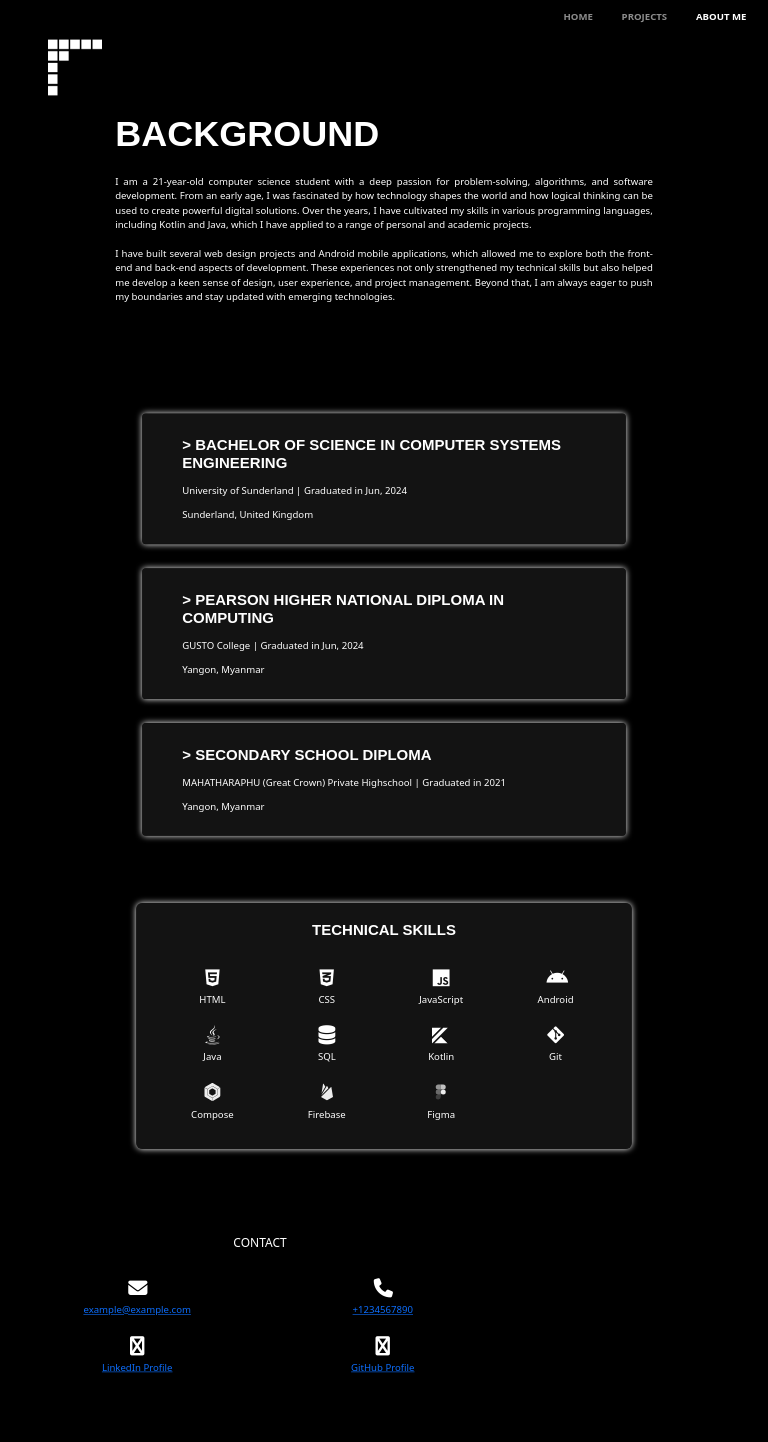
Repository: pyaestk/Portfolio-template
Page: aboutme.html
The author's editor kept a copy of each file at every save. The page is drawn from the files as they stood at one save, then again after the next save.
The browser window is 1280 px wide. The pictures show the whole page, at 60% of full size.
Some web fonts or font styles are not loaded; a fallback is used. Some web libraries are served in a nearby version.

Above is the page before, as saved 2025-05-24 12:19:26.
Console error: TypeError: Cannot read properties of null (reading 'addEventListener')

### aboutme.html
<!DOCTYPE html>

<html lang="en">

<head>
  <link href="https://cdn.jsdelivr.net/npm/bootstrap@5.3.5/dist/css/bootstrap.min.css" rel="stylesheet"
    integrity="sha384-SgOJa3DmI69IUzQ2PVdRZhwQ+dy64/BUtbMJw1MZ8t5HZApcHrRKUc4W0kG879m7" crossorigin="anonymous">
  <script src="https://cdn.jsdelivr.net/npm/bootstrap@5.3.5/dist/js/bootstrap.bundle.min.js"
    integrity="sha384-k6d4wzSIapyDyv1kpU366/PK5hCdSbCRGRCMv+eplOQJWyd1fbcAu9OCUj5zNLiq"
    crossorigin="anonymous"></script>
  <link rel="stylesheet" href="https://cdnjs.cloudflare.com/ajax/libs/font-awesome/6.1.2/css/all.min.css">
  <link href="styles.css" rel="stylesheet">

  <!-- google fonts -->
  <link rel="preconnect" href="https://fonts.googleapis.com">
  <link rel="preconnect" href="https://fonts.gstatic.com" crossorigin>
  <link href="https://fonts.googleapis.com/css2?family=Doto:wght@100..900&display=swap" rel="stylesheet">
  <link href="https://fonts.googleapis.com/css2?family=Roboto:ital,wght@0,100..900;1,100..900&display=swap"
    rel="stylesheet">

  <meta charset="utf-8">
  <meta name="viewport" content="width=device-width, initial-scale=1, minimum-scale=1, maximum-scale=1 ">

  <title>My Webpage</title>
</head>

<body class="bg-black">


  <nav class="navbar navbar-expand-lg bg-black navbar-dark sticky-top">
    <div class="container-fluid">
      <a class="navbar-brand" href="#"></a>
      <button class="navbar-toggler" type="button" data-bs-toggle="collapse" data-bs-target="#navbarNav"
        aria-controls="navbarNav" aria-expanded="false" aria-label="Toggle navigation">
        <span class="navbar-toggler-icon"></span>
      </button>
      <div class="collapse navbar-collapse justify-content-end" id="navbarNav">
        <ul class="navbar-nav text-center">
          <li class="nav-item px-3">
            <a class="nav-link" aria-current="page" href="index.html">HOME</a>
          </li>
          <li class="nav-item px-3">
            <a class="nav-link" href="projects.html">PROJECTS</a>
          </li>
          <li class="nav-item px-3">
            <a class="nav-link active" href="aboutme.html">ABOUT ME</a>
          </li>
        </ul>
      </div>
    </div>
  </nav>

  <div class="background-container text-white">
    <img src="img/decoration-block2.png" class="decoration-image-1" style="--delay: .2s;">

    <h4 class="title" style="--delay: .3s;">BACKGROUND</h4>
    <p style="--delay: .4s;">I am a 21-year-old computer science student with a deep passion for problem-solving,
      algorithms, and software development. From an early age, I was fascinated by how technology shapes the world and
      how logical thinking can be used to create powerful digital solutions. Over the years, I have cultivated my skills
      in various programming languages, including Kotlin and Java, which I have applied to a range of personal and
      academic projects.
      <br><br>
      I have built several web design projects and Android mobile applications, which allowed me to explore both the
      front-end and back-end aspects of development. These experiences not only strengthened my technical skills but
      also helped me develop a keen sense of design, user experience, and project management. Beyond that, I am always
      eager to push my boundaries and stay updated with emerging technologies.
      <!-- <br><br>
      Currently, I am particularly interested in deepening my knowledge in fields such as artificial intelligence,
      software engineering, and cybersecurity. I am constantly exploring new concepts through online courses, tutorials,
      and technical communities. My goal is to continue developing solutions that are not only technically sound but
      also meaningful and impactful.
      <br><br>
      Driven by curiosity and a desire to innovate, I see computer science as more than just a career path—it is a
      lifelong journey of learning, building, and contributing to technological advancement. -->
    </p>
  </div>


  <div class="education-container">
    <div class="card reveal3">
      <div class="card-body">
        <h4>> BACHELOR OF SCIENCE IN COMPUTER SYSTEMS ENGINEERING</h4>
        <p>University of Sunderland | Graduated in Jun, 2024</p>
        <span>Sunderland, United Kingdom</span>
      </div>
    </div>
    <div class="card reveal3">
      <div class="card-body">
        <h4>> PEARSON HIGHER NATIONAL DIPLOMA IN COMPUTING</h4>
        <p>GUSTO College | Graduated in Jun, 2024</p>
        <span>Yangon, Myanmar</span>
      </div>
    </div>
    <div class="card reveal3">
      <div class="card-body ">
        <h4>> SECONDARY SCHOOL DIPLOMA</h4>
        <p>MAHATHARAPHU (Great Crown) Private Highschool | Graduated in 2021</p>
        <span>Yangon, Myanmar</span>
      </div>
    </div>
  </div>

    <div class="container-fluid text-white my-5">
    <div class="row skills-container mx-2">
      <div class="col-12 col-md-8 mb-5 technical-skills reveal3">
        <h5 class="mb-5 text-center">TECHNICAL SKILLS</h5>

        <div class="row g-3">
          <div class="col-4 col-md-3 text-center">
            <i class="fa-brands fa-html5 fa-2x tech-icon"></i>
            <p>HTML</p>
          </div>
          <div class="col-4 col-md-3 text-center">
            <i class="fa-brands fa-css3-alt fa-2x tech-icon"></i>
            <p>CSS</p>
          </div>
          <div class="col-4 col-md-3 text-center">
            <i class="fa-brands fa-js fa-2x tech-icon"></i>
            <p>JavaScript</p>
          </div>
          <div class="col-4 col-md-3 text-center">
            <i class="fa-brands fa-android fa-2x tech-icon"></i>
            <p>Android</p>
          </div>
          <div class="col-4 col-md-3 text-center">
            <i class="fa-brands fa-java fa-2x tech-icon"></i>
            <p>Java</p>
          </div>
          <div class="col-4 col-md-3 text-center">
            <i class="fa-solid fa-database fa-2x tech-icon"></i>
            <p>SQL</p>
          </div>
          <div class="col-4 col-md-3 text-center">
            <svg xmlns="http://www.w3.org/2000/svg" viewBox="0 0 8 8" class="tech-icon">
              <path fill="currentColor" d="m1 8l3-3l3 3M0 5V1h4M0 8V6l5-5h2" />
            </svg>
            <p>Kotlin</p>
          </div>
          <div class="col-4 col-md-3 text-center">
            <i class="fa-brands fa-git-alt fa-2x tech-icon"></i>
            <p>Git</p>
          </div>
          <div class="col-4 col-md-3 text-center">
            <svg xmlns="http://www.w3.org/2000/svg" viewBox="0 0 128 128" class="tech-icon">
              <path fill="#ededed"
                d="M63.353.759c-2.022-.048-3.83.515-5.604 1.486L14.737 27.521l-1.716 1.01l-.808.555c-1.067.628-2.21 2.15-2.97 3.175l4.168 2.324l2.82 1.55l9.592 5.4l2.454 1.36c1.237-1.491 1.306-1.596 2.472-2.566l26.833-15.884c1.554-.85 3.964-1.976 5.736-1.936c1.769.041 4.04.556 5.552 1.476l23.485 13.342l2.944 1.637a26.5 26.5 0 0 1 3.825 3.052l18.723-11.19l-1.666-1.624c-1.893-1.528-2.544-1.815-3.864-2.497L69.664 2.637C67.932 1.582 65.38.807 63.353.759m.276 23.845c-.95 0-3.036.411-3.86.884l-27.905 16.57c-.823.472-1.655 1.983-2.13 2.801s-.837 2.452-.839 3.303l-.055 33.254c-.002.946.421 2.006.896 2.824s1.268 1.581 2.091 2.054l28.68 16.194c1.07.493 2.69.787 3.64.787s2.174-.147 3.709-.777l27.42-16.173c.824-.474 2.1-1.772 2.575-2.59c.475-.819 1.498-2.895 1.493-3.841l-.146-32.52c-.001-.945-.832-2.85-1.307-3.667c-.475-.82-2.284-2.36-3.108-2.833L67.623 25.58c-.824-.473-3.043-.977-3.994-.977Zm55.2 7.65l-1.163.725l-17.474 10.441c.42 1 .891 3.278.946 4.363l.002.01l.008.312v31.3a10.09 10.09 0 0 1-4.963 8.786l-25.434 15.315c-.922.545-3.108 1.394-5.452 1.841l.002 1.516l-.037 7.825l-.006 3.775l.043 8.781c1.255-.01 3.339-.766 4.423-1.36l.317-.182l.009-.004l44.498-26.253a11.54 11.54 0 0 0 5.666-10.048V37.734c-.014-1.458-.72-4.093-1.385-5.48M8.47 33.817l-.415 1.949c-.352 2.928-.29 3.223-.202 4.705l-.012 49.185c-.02 2.027-.099 4.84.899 6.606c.993 1.762 2.916 2.799 4.657 3.827l45.2 25.602l.008.004l.318.179c1.399.644 2.986 1.145 4.592 1.241l.012-4.872l.004-3.748l-.006-11.404l-.006-1.81c-1.809-.118-3.218-.654-4.14-1.199l-27.041-15.14c-1.527-.9-3.437-1.913-4.308-3.455c-.87-1.543-1.252-3.886-1.235-5.658l.017-29.064l.008-2.096c.061-1.414.277-2.403.687-4.15zm55.323 4.77c.612 0 2.044.327 2.575.632l17.503 9.854c.531.304 1.698 1.3 2.004 1.826c.306.528.84 1.754.84 2.363l.096 20.959c.002.609-.655 1.948-.963 2.476c-.306.528-1.127 1.363-1.657 1.668L66.52 88.79c-.99.406-1.78.505-2.394.505c-.612 0-1.653-.192-2.342-.51L43.297 78.349a3.8 3.8 0 0 1-1.348-1.324c-.306-.528-.579-1.212-.578-1.82l.035-21.431c0-.548.235-1.602.54-2.13c.307-.528.844-1.5 1.374-1.804l17.985-10.68c.531-.305 1.877-.57 2.489-.57z" />
            </svg>
            <p>Compose</p>
          </div>
          <div class="col-4 col-md-3 text-center">
            <svg xmlns="http://www.w3.org/2000/svg" viewBox="0 0 24 24" class="tech-icon">
              <rect width="24" height="24" fill="none" />
              <path fill="#ededed"
                d="m20 18.69l-7.3 4.05q-.75.39-1.5 0L4 18.69L17.05 5.54l.35-.1c.3 0 .47.13.5.4zM9.35 5.74L4.8 13.29L6.7 1.34c.03-.27.2-.4.5-.4c.2 0 .33.06.4.25l2.15 3.95zM13.85 7L4.3 16.59l7.25-12.3c.1-.2.25-.29.45-.29s.33.09.4.29z" />
            </svg>
            <p>Firebase</p>
          </div>
          <div class="col-4 col-md-3 text-center">
            <svg xmlns="http://www.w3.org/2000/svg" viewBox="0 0 24 24" class="tech-icon">
              <rect width="24" height="24" fill="none" />
              <path fill="#ededed" d="M11.667 2H8.333a3.333 3.333 0 1 0 0 6.667h3.334z" opacity="0.6" />
              <path fill="#ededed" d="M11.667 8.667H8.333a3.333 3.333 0 0 0 0 6.666h3.334z" opacity="0.4" />
              <path fill="#ededed" d="M18.333 12a3.333 3.333 0 1 1-6.667 0a3.333 3.333 0 0 1 6.667 0" />
              <path fill="#ededed" d="M8.333 15.334h3.334v3.333a3.333 3.333 0 1 1-3.334-3.334" opacity="0.2" />
              <path fill="#ededed" d="M11.666 2h3.333a3.333 3.333 0 1 1 0 6.667h-3.333z" opacity="0.8" />
            </svg>
            <p>Figma</p>
          </div>
        </div>
      </div>
    </div>
  </div>

  <div class="container-fluid text-white py-5">
    <div class="row contact-container mx-2">
      <div class="col-12 col-md-8 mb-5 contact reveal3">
        <h5 class="mb-5 text-center">CONTACT</h5>
        <div class="row g-3">
          <div class="col-12 col-md-6 text-center">
            <i class="fa fa-envelope fa-2x tech-icon"></i>
            <p><a href="mailto:example@example.com" class="contact-link">example@example.com</a></p>
          </div>
          <div class="col-12 col-md-6 text-center">
            <i class="fa fa-phone fa-2x tech-icon"></i>
            <p><a href="tel:+1234567890" class="contact-link">+1234567890</a></p>
          </div>
          <div class="col-12 col-md-6 text-center">
            <i class="fa fa-linkedin fa-2x tech-icon"></i>
            <p><a href="#" class="contact-link">LinkedIn Profile</a></p>
          </div>
          <div class="col-12 col-md-6 text-center">
            <i class="fa fa-github fa-2x tech-icon"></i>
            <p><a href="#" class="contact-link">GitHub Profile</a></p>
          </div>
        </div>
      </div>
    </div>
  </div>

  <script src="script.js"></script>
</body>

</html>

### styles.css
* {
  margin: 0;
  padding: 0;
}
html {
  scroll-behavior: smooth;
}


/* index.html */

video {
  object-fit: cover;
  width: 100vw;
  height: 100vh;
  position: fixed;
  top: 0;
  left: 0;
  z-index: -1;
  filter: brightness(50%) grayscale(100%);
  transform: scaleX(-1);
  mask-image: linear-gradient(to right, black 0%, transparent 90%);
}
.navbar-nav a {
  font-weight: bolder;
}

.intro-container {
  display: flex;
  justify-content: center;
  align-items: start;
  flex-direction: column;
  flex-wrap: wrap;
  min-height: 90vh;
  padding: 50px 0;
}
.intro-text p {
  font-size: 20px;
  text-align: start;
  padding-right: 30%;
}

.my-name {
  font-family: "Doto", sans-serif;
  font-size: 60px;
  font-weight: bolder;
  max-lines: 3;
}

.social-links {
  display: flex;
  align-items: center;
  flex-direction: row;
  justify-content: start; /* or center if you want them centered */
  margin-top: 50px;
}
.social-links a {
  display: inline-flex; /* So the <a> fits nicely around icon */
  align-items: center;
  justify-content: center;
}
.social-links svg {
  width: 30px;
  height: 30px;

}
.social-links .linkedin {
  padding: 0 50px;
}
.intro-btns button{
  margin-top: 20px;
  width: 200px;
  height: 50px;
  margin-right: 20px;
  font-weight: bolder;
}






/* projects.html */

.projects-container {
  width: 100%;
  height: auto;
  display: flex;
  justify-content: space-evenly;
  align-items: center;
  flex-direction: row;
  flex-wrap: wrap;
  padding: 5% 5%;
}
.project-intro{
  width: 30%;
  height: auto;
  position: sticky;
  top: 120px; /* Adjust this value as needed */
  align-self: flex-start; /* Align to the start of the container */
}
.projects-list-container {
  width: 70%;
  display: flex;
  justify-content: center;
  align-items: center;
  flex-direction: column;
}

.projects-list{
  display: grid;
  grid-template-columns: repeat(auto-fit, minmax(350px, 1fr));
  gap: 30px;
}
.project-intro h1 {
  font-size: 55px;
  color: white;
  font-family: "Doto", sans-serif;
  font-weight: bolder;
}

.projects-container .card {
    box-shadow: 0 0 10px rgb(255, 255, 255);
  height: auto;
  background-color: rgba(29, 29, 29, 0.671);
  display: flex;
  justify-content: center;
  align-items: center;
  flex-direction: column;
  padding: 15px;
  color: white;
}
.projects-container .card-body{
  padding: 20px 10px 10px 10px;
}
.projects-container .card:hover {
  box-shadow: 0 0 20px rgb(255, 255, 255);
  transition: all 0.3s ease-in-out;
}




/* education.html */
.education-container {
  width: 100%;
  height: auto;
  display: flex;
  justify-content: space-evenly;
  align-items: center;
  flex-direction: column;
  flex-wrap: wrap;
  padding: 5% 5%;
  gap: 40px;
}

.education-container .card {
  width: 70%;
  height: auto;
  background-color: rgba(29, 29, 29, 0.671);
  padding: 20px 50px;
  color: white;
  box-shadow: 0 0 10px rgb(255, 255, 255);
}


.education-container .card:hover {
  box-shadow: 0 0 20px rgb(255, 255, 255);
  transition: all 0.3s ease-in-out;
}

.education-container .card h4 {
  font-size: 25px;
  color: white;
  font-family: "Doto", sans-serif;
  font-weight: bolder;
  margin-bottom: 20px;
}



/* about me.html */
.background-container {
  position: relative; /* Needed for absolute child positioning */
  width: 100%;
  display: flex;
  justify-content: center;
  align-items: start;
  flex-direction: column;
  padding: 8% 15%;
}

.background-container h4 {
  font-size: 60px;
  font-weight: bolder;
  font-family: "Doto", sans-serif;
  margin-top: 30px;
  margin-bottom: 30px;
}
.background-container p {
  text-align: justify;
}

.decoration-image-1 {
  position: absolute; /* Take it out of flow */
  top: 10px;
  left: 80px;
  width: 90px;
  height: auto;
  pointer-events: none; /* Prevents accidental clicks */
  user-select: none;
}


.skills-container h5 {
  font-size: 25px;
  font-weight: bolder;
  font-family: "Doto", sans-serif;

}
.skills-container {
  display: flex;
  justify-content: space-evenly;
}

.skills-container .general-skills, .technical-skills{
  background-color: rgba(29, 29, 29, 0.671);
  box-shadow: 0 0 10px rgb(255, 255, 255);
  color: white;
  border-radius: 10px;
  padding: 30px 40px;
  text-align: start;
}

.skills-container .general-skills:hover, .technical-skills:hover{
  box-shadow: 0 0 20px rgb(255, 255, 255);
  transition: all 0.3s ease-in-out;
}

.tech-icon{
  width: 30px;
  height: 30px;
  margin-bottom: 10px;
}




/* on load animation */
.intro-body h1,
.intro-body p,
.intro-body .intro-btns,
.projects-container .card,
.project-intro h1, .project-intro p,
.background-container h4,
.background-container p,
.background-container image{
  display: block;
  opacity: 0;
  animation: reveal 0.5s forwards var(--delay);
}
@keyframes reveal {
  /* from { translate: - 20px; }
  to { translate: none; opacity: 1;} */
  from {
    transform: translateY(10px);
  }
  to {
    transform: translateY(0);
    opacity: 1;
  }
}

/* on scroll animation */

.reveal1 {
  position: relative;
  transform: translateX(70px);
  opacity: 0;
  transition: 1.1s all ease;
}
.reveal1.active {
  transform: translateX(0);
  opacity: 1;
}

.reveal2 {
  position: relative;
  transform: translateX(-70px);
  opacity: 0;
  transition: 1.1s all ease;
}
.reveal2.active2 {
  transform: translateX(0);
  opacity: 1;
}

.reveal3 {
  position: relative;
  transform: translateY(50px);
  opacity: 0;
  transition: 1.1s all ease;
}
.reveal3.active3 {
  transform: translateX(0);
  opacity: 1;
}




/* for small screen size */

@media (max-width: 1170px) {

  /* index.html */
  .intro-body {
    margin-top: 50px;
    margin-bottom: 50px;
    text-align: center;
  }
  .my-name {
    font-size: 25px;
  }
  .intro-text p {
    text-align: center;
    font-size: 14px;
    padding-right: 0;
  }

  /* projects.html */
  .projects-container {
    width: 100%;
    height: auto;
    display: flex;
    justify-content: space-evenly;
    align-items: center;
    flex-direction: row;
    flex-wrap: wrap;
    padding: 0px;
    gap: 40px;
  }
  .project-intro{
    width: auto;
    position: static;
    margin-top: 30px;
  }
  .projects-list{
    display: grid;
    grid-template-columns: repeat(auto-fit, minmax(280px, 1fr));
    gap: 30px;
  }
  .project-intro h1 {
    font-size: 35px;
    margin-top: 30px;
  }
  .project-intro p {
    font-size: 13px;
  }
  .intro-btns button{
    margin-left: 20px;
  }

  .projects-list-container {
    width: 80%;
  }
  .projects-list-container .card{
    margin-bottom: 20px;
  }
  .projects-list-container .card-text{
    font-size: 13px;
  }


  /* education.html */
  .education-container{
    padding: 10% 0%;
    gap: 30px;
  }

  .education-container .card h4{
    font-size: 20px;
  }
  .education-container p{
    font-size: 13px;
  }
  .education-container .card span {
    font-size: 13px;
  }

  .education-container .card {
    box-shadow: 0 0 10px rgb(255, 255, 255);
    padding: 15px 15px;
    width: 85%;
  }

  /* about me.html */
  .background-container {
    align-items: center;
  }
  .background-container h4 {
    font-size: 40px;
    margin-top: 55px;
  }
  .background-container p {
    font-size: 13px;
    padding-right: 0;
    text-align: justify;
  }
  .decoration-image-1 {
    position: absolute; /* Take it out of flow */
    top: 20px;
    left: 40px;
    width: 50px;
  }

  .skills-container {
    padding: 15px 15px;
  }
  .skills-container h5 {
    font-size: 23px;
  }
  .skills-container h6 {
    font-size: 18px;
  }
  .skills-container p {
    font-size: 13px;
  }

}

### script.js
/* on scroll animation */
function reveal() {
  var reveals3 = document.querySelectorAll(".reveal3");
  for (var i = 0; i < reveals3.length; i++) {
    var windowHeight = window.innerHeight;
    var elementTop = reveals3[i].getBoundingClientRect().top;
    var elementVisible = 50;
    if (elementTop < windowHeight - elementVisible) {
      reveals3[i].classList.add("active3");
    } else {
      reveals3[i].classList.remove("active3");
    }
  }
}
// Also run reveal() on scroll
window.addEventListener("scroll", reveal);

//download CV
document.getElementById("downloadBtn").addEventListener("click", function () {
  const fileUrl = "my cv.pdf"; // PDF file in the same folder

  const a = document.createElement("a");
  a.href = fileUrl;
  a.download = "CV.pdf"; // The filename when downloaded

  document.body.appendChild(a);
  a.click();
  document.body.removeChild(a);
});

After the next save:
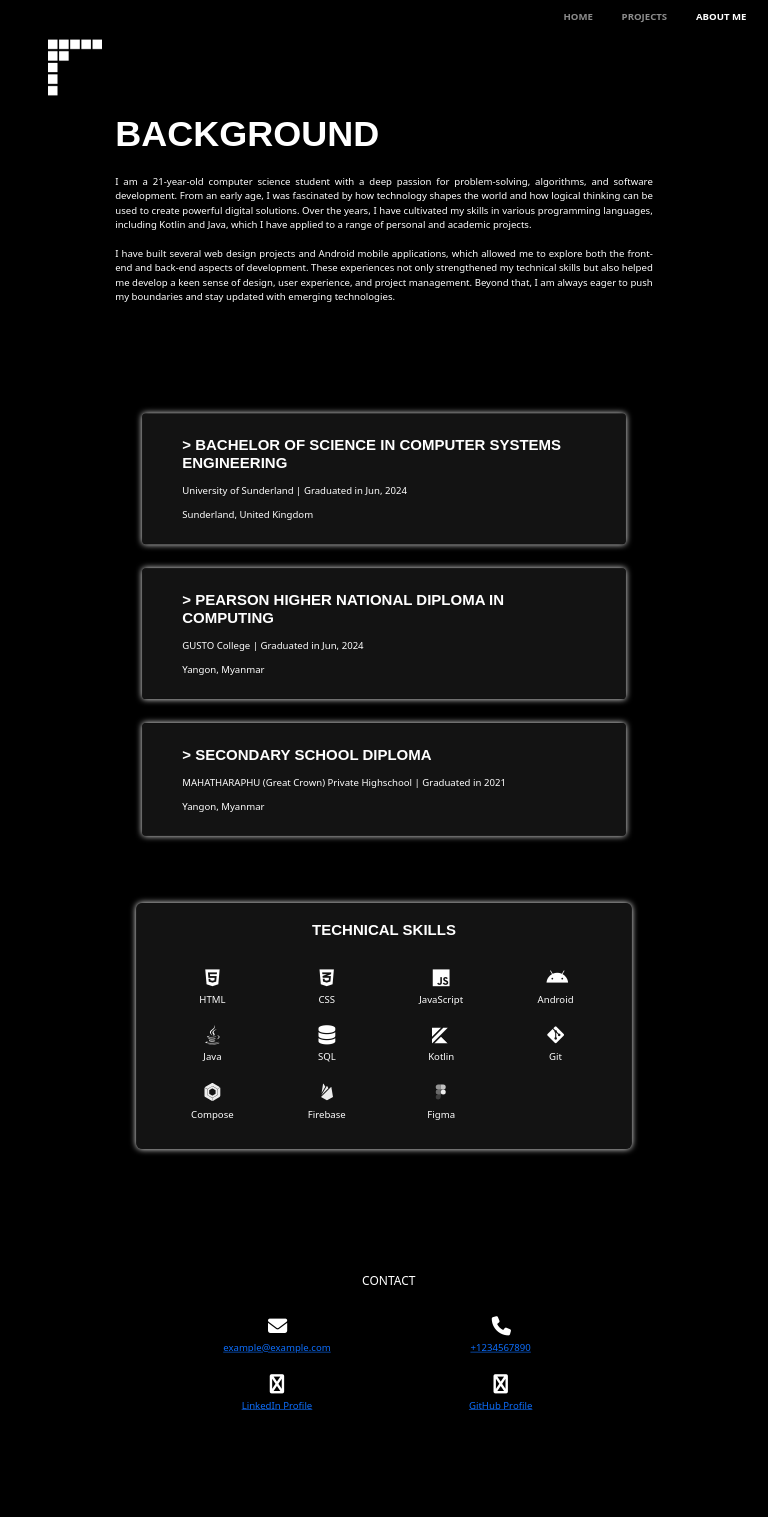
Saved 63 s later.
--- a/styles.css
+++ b/styles.css
@@ -241,6 +241,16 @@ video {
   width: 30px;
   height: 30px;
   margin-bottom: 10px;
+}
+
+.contact-container {
+  width: 100%;
+  height: auto;
+  display: flex;
+  justify-content: center;
+  align-items: center;
+  flex-direction: column;
+  padding: 5% 5%;
 }
 
 
